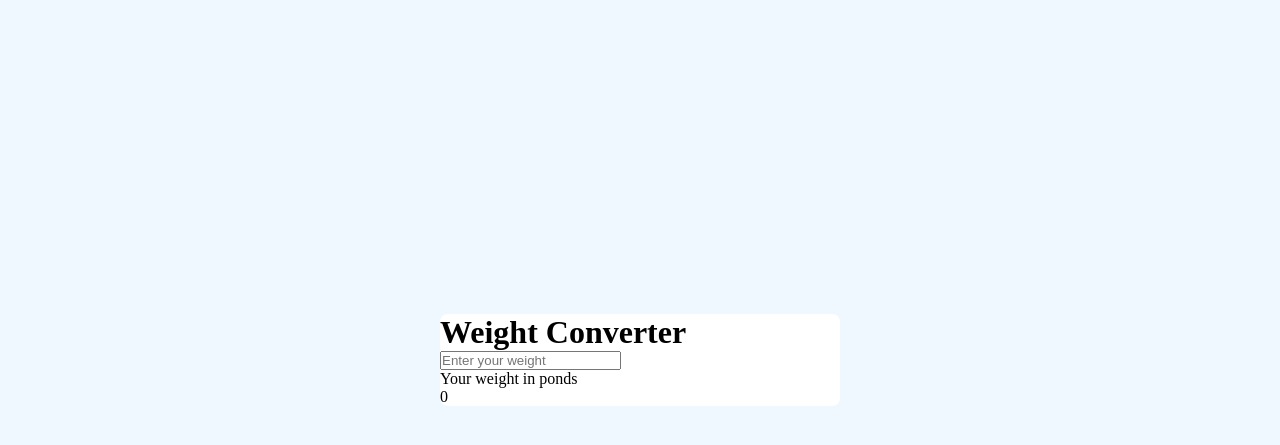
Repository: JunaidAnsari202/Weight-Converter
Page: index.html
These files come from the project's save history. The page is drawn as it stood at one moment and after a run of saves; the edit follows.
The browser window is 1280 px wide. The pictures show the whole page.

Above is the page before, as saved 2024-10-16 10:00:44.

After the next 25 saves:
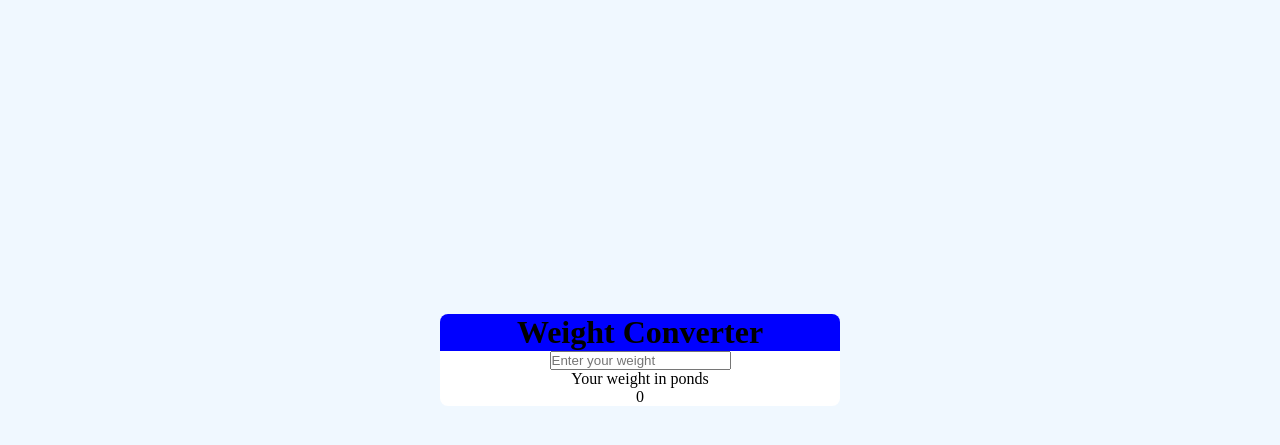
The 25 saves are shown as one change because they came seconds apart.
The last was saved 38 s later.
--- a/style.css
+++ b/style.css
@@ -15,5 +15,10 @@
     background-color: white;
     width: 400px;
     border-radius: 8px;
+    text-align: center;
+}
 
+.header{
+    background-color: blue;
+    border-radius: 8px 8px 0 0;
 }
